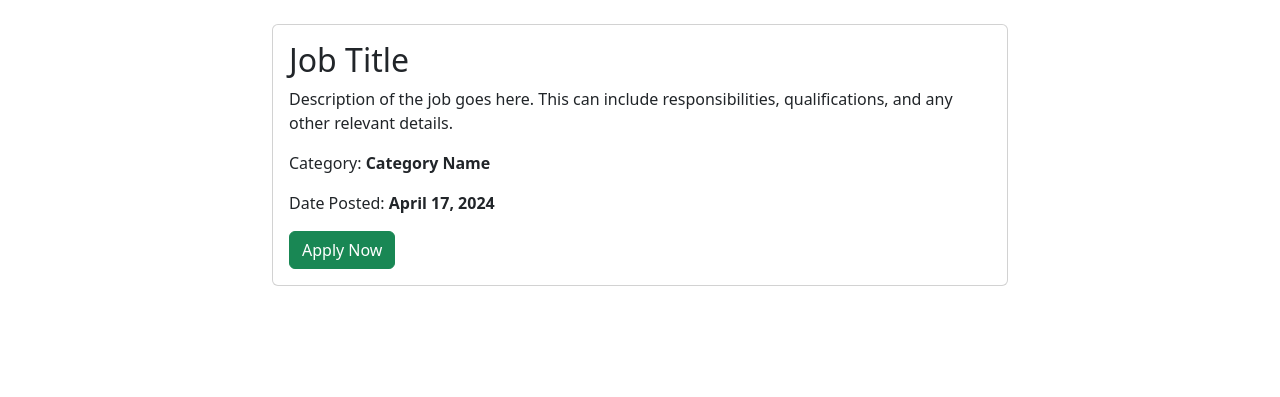
Repository: smruti12344/Job_Portal
Page: http://localhost/Job_portal/single_page.jsp
An editor plug-in stored every save of this project. The page is shown before and after the next save, followed by the edit.
The browser window is 1280 px wide. The pictures show the whole page.
The page is served by Tomcat 9. Other server files are loaded and not shown.

Above is the page before, as saved 2024-04-17 10:46:37.

### Job_portal/src/main/webapp/single_page.jsp
<%@ page language="java" contentType="text/html; charset=UTF-8"
    pageEncoding="UTF-8"%>
<!DOCTYPE html>
<html>
<head>
<meta charset="UTF-8">
<title>Insert title here</title>
<!--all file links  -->
<%@include file="Components\alllinks.jsp" %>
</head>
<body>
<div class="container mt-4">
        <div class="row">
            <div class="col-lg-8 offset-lg-2">
                <div class="card">
                    <div class="card-body">
                        <h2 class="card-title">Job Title</h2>
                        <p class="card-text">Description of the job goes here. This can include responsibilities, qualifications, and any other relevant details.</p>
                        <p class="card-text">Category: <strong>Category Name</strong></p>
                        <p class="card-text">Date Posted: <strong>April 17, 2024</strong></p>
                        <a href="#" class="btn btn-success">Apply Now</a>
                    </div>
                </div>
            </div>
        </div>
    </div>
</body>
</html>

### Job_portal/src/main/webapp/Components/alllinks.jsp

<link
	href="https://cdn.jsdelivr.net/npm/bootstrap@5.3.3/dist/css/bootstrap.min.css"
	rel="stylesheet"
	integrity="sha384-QWTKZyjpPEjISv5WaRU9OFeRpok6YctnYmDr5pNlyT2bRjXh0JMhjY6hW+ALEwIH"
	crossorigin="anonymous">

<link rel="stylesheet"
	href="https://cdn.jsdelivr.net/npm/bootstrap-icons@1.11.3/font/bootstrap-icons.min.css">

<script
	src="https://cdn.jsdelivr.net/npm/bootstrap@5.3.3/dist/js/bootstrap.bundle.min.js"
	integrity="sha384-YvpcrYf0tY3lHB60NNkmXc5s9fDVZLESaAA55NDzOxhy9GkcIdslK1eN7N6jIeHz"
	crossorigin="anonymous"></script>

<link rel="stylesheet" href="Components/style.css"></link>

### Job_portal/src/main/webapp/Components/style.css
.bg-custom{
	background-color: blue !important ;
}
.navbar-brand{
	color: white;
	font-size: 30px;
	user-select: none;
}
.navbar-brand:hover{
	color: white;
	text-shadow: 2px 2px 2px black;
	cursor:auto;
}
.navbar .nav-item .nav-link{
	font-size: 20px;
	color: white;
	font-weight: bold;
}
.navbar .nav-item:hover .nav-link{
	background: white;
	color: black;
	border-radius: 10px;
	cursor: pointer;
}

### Job_portal/src/main/webapp/Components/navbar.jsp
 <%@ taglib prefix="c" uri="http://java.sun.com/jsp/jstl/core" %>
 <%@ page isELIgnored="false" %>
<nav class="navbar bg-dark navbar-expand-lg border-bottom border-body bg-custom" >
  <div class="container-fluid">
    <a class="navbar-brand" href="#">JobPortal</a>
    <button class="navbar-toggler" type="button" data-bs-toggle="collapse" data-bs-target="#navbarSupportedContent" aria-controls="navbarSupportedContent" aria-expanded="false" aria-label="Toggle navigation">
      <span class="navbar-toggler-icon"></span>
    </button>
    <div class="collapse navbar-collapse" id="navbarSupportedContent">
      <ul class="navbar-nav me-auto mb-2 mb-lg-0">
        <li class="nav-item">
          <a class="nav-link active" aria-current="page" href="index.jsp">Home</a>
        </li>
        <li class="nav-item">
          <a class="nav-link active" aria-current="page" href="admin.jsp">Admin</a>
        </li>
        <c:if test="${user eq 'admin@gmail.com' }">
           <li class="nav-item">
          <a class="nav-link" href="add_job.jsp"><i class="bi bi-plus-circle-fill me-1"></i>Post jobs</a>
        </li>
        <li class="nav-item">
          <a class="nav-link" href="View.jsp"><i class="bi bi-eye-fill me-1"></i>View jobs</a>
        </li>
        </c:if>




      </ul>
      <form class="d-flex" role="search">
      <c:if test="${not empty user }">

      <a href="#" > <button class="btn btn-primary me-2 " type="button"><i class="bi bi-person-circle me-1"></i>Admin</button></a>
       <a href="signup.jsp"> <button type="button" class="btn btn-primary"><i class="bi bi-box-arrow-in-right me-1"></i>Sign out</button></a>
        </c:if>

      <c:if test="${ empty user }">

      <a href="signin.jsp" > <button class="btn btn-primary me-2 " type="button"><i class="bi bi-box-arrow-in-right me-1"></i>Sign In</button></a>
       <a href="signup.jsp"> <button type="button" class="btn btn-primary"><i class="bi bi-person-circle me-1"></i>Sign UP</button></a>
        </c:if>

      </form>
    </div>
  </div>
</nav>

After the next save:
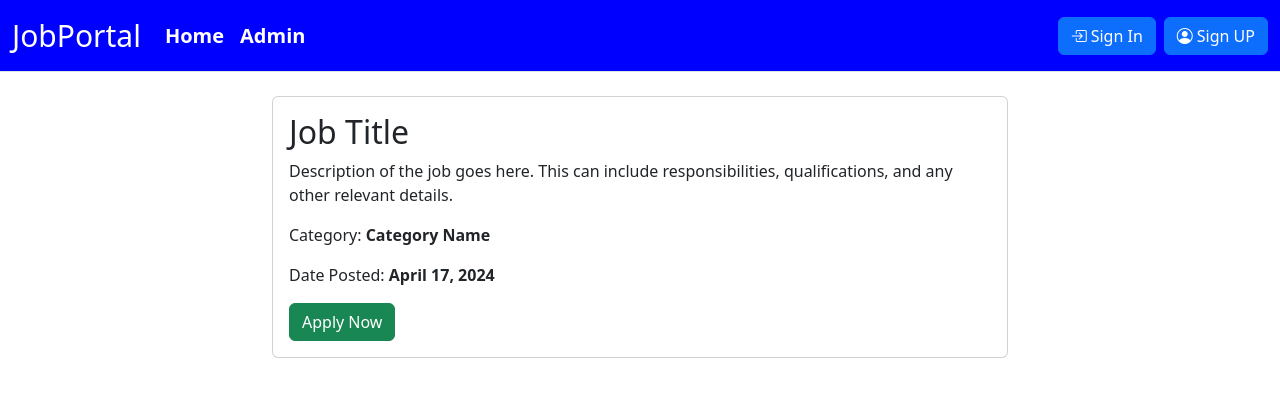
Saved 19 s later.
--- a/Job_portal/src/main/webapp/single_page.jsp
+++ b/Job_portal/src/main/webapp/single_page.jsp
@@ -9,6 +9,7 @@
 <%@include file="Components\alllinks.jsp" %>
 </head>
 <body>
+<%@include file="Components\navbar.jsp" %>
 <div class="container mt-4">
         <div class="row">
             <div class="col-lg-8 offset-lg-2">
